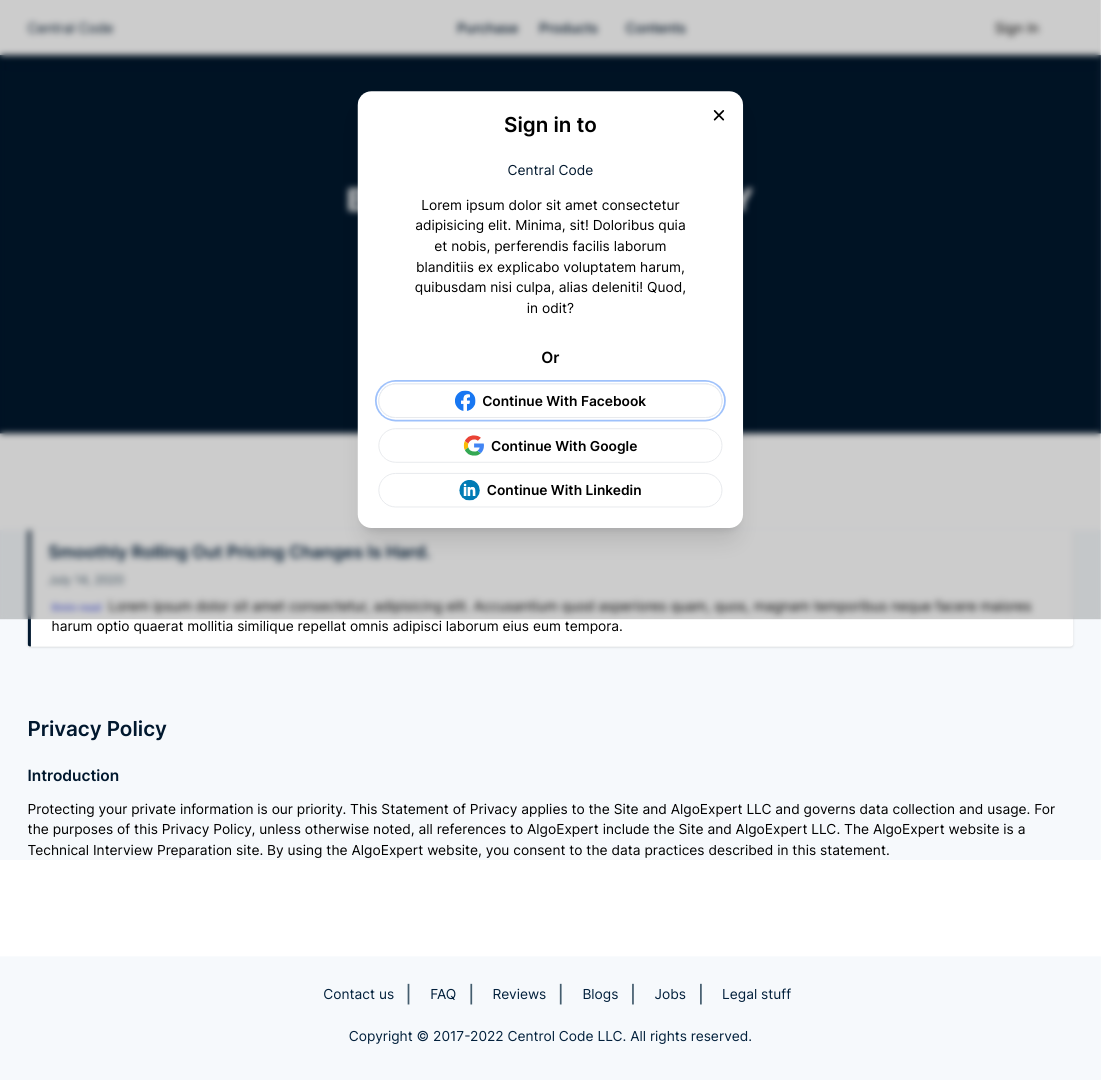
Repository: om1ars/Xjkey
Page: /privacy
The author's editor kept a copy of each file at every save. The page is drawn from the files as they stood at one save, then again after the next save.
The browser window is 1280 px wide. The pictures show the whole page, at 86% of full size.
The project was rebuilt for these pictures with package versions that can differ from the ones it lists, and the page was loaded fresh each time. The framework's server and built-in components were replaced by stand-ins that run in the browser. Also part of the build but not shown: next.config.js.

Above is the page before, as saved 2022-03-20 23:36:37.

### src/pages/_app.tsx
import "@/css/fonts.css";
// Import Swiper styles
import "swiper/css";
import "swiper/css/free-mode";
import "swiper/css/scrollbar";
import "swiper/css/navigation";
//
import "@/css/main.scss";
import type { AppProps } from "next/app";
import { ThemeProvider } from "next-themes";
import { Header } from "@/components/Header";
import DefaultLayout from "@/layouts/DefaultLayout";
import Head from "next/head";

function MyApp({ Component, pageProps }: AppProps) {
  return (
    <>
      <Head>
        <link
          rel="stylesheet"
          href="https://cdn.jsdelivr.net/gh/devicons/devicon@latest/devicon.min.css"
        />
      </Head>
      <ThemeProvider attribute="class" defaultTheme="system">
        <DefaultLayout>
          <Component {...pageProps} />
        </DefaultLayout>
      </ThemeProvider>
    </>
  );
}

export default MyApp;

### src/pages/_document.tsx
import NextDocument, {
  Html,
  Head,
  Main,
  NextScript,
  DocumentContext,
} from 'next/document';

export default class Document extends NextDocument {
  static async getInitialProps(ctx: DocumentContext) {
    const initialProps = await NextDocument.getInitialProps(ctx);
    return { ...initialProps };
  }

  render() {
    return (
      <Html lang='en' className='dark'>
        <Head>
          <link href='/favicons/site.webmanifest' rel='manifest' />
          <link href='/favicons/favicon.ico' rel='shortcut icon' />
          <link
            href='/favicons/apple-touch-icon.png'
            rel='apple-touch-icon'
            sizes='180x180'
          />
          <link
            href='/favicons/favicon-32x32.png'
            rel='icon'
            sizes='32x32'
            type='image/png'
          />
          <link
            href='/favicons/favicon-16x16.png'
            rel='icon'
            sizes='16x16'
            type='image/png'
          />
          <link
            rel='mask-icon'
            href='/favicons/safari-pinned-tab.svg'
            color='#6366f1'
          />
          <meta content='#ffffff' name='theme-color' />
          <meta content='#ffffff' name='msapplication-TileColor' />
          <meta
            content='/favicons/browserconfig.xml'
            name='msapplication-config'
          />
        </Head>
        <body className='dark:highlight-white/5 bg-neutral-100 text-slate-900 antialiased dark:bg-gray-800 dark:text-white'>
          <Main />
          <NextScript />
        </body>
      </Html>
    );
  }
}

### src/pages/privacy.tsx
import Hero from "@/components/HomeComponents/Hero";
import React from "react";

export default function Privacy() {
  return (
    <div>
      <Hero title="Boring Privacy Policy" subtitle="Because we gotta have it" />

      <main
        className="mx-auto max-w-screen-xl bg-whiteBg px-6 sm:px-8 "
        id="video-explanation"
      >
        <div className="mt-28 mb-28 space-y-20">
          <div className="rounded border-l-4 border-mainBg bg-white py-3 px-5 shadow transition-all hover:-translate-y-1 hover:shadow-lg">
            <div className="flex flex-row items-center justify-between">
              <div>
                <h6 className="text-xl font-semibold  text-textBold">
                  Smoothly Rolling Out Pricing Changes Is Hard.
                </h6>
                <h4 className="mt-2 mb-2  text-left text-sm text-textColor">
                  July 14, 2020
                </h4>
              </div>
              <div></div>
            </div>
            <div className="flex flex-row items-center justify-start text-left">
              <span className="mr-1"></span>
              <p>
                <span className="mr-2 text-xs  font-semibold  text-buttonBg">
                  6min read
                </span>
                <span>
                  Lorem ipsum dolor sit amet consectetur, adipisicing elit.
                  Accusantium quod asperiores quam, quos, magnam temporibus
                  neque facere maiores harum optio quaerat mollitia similique
                  repellat omnis adipisci laborum eius eum tempora.{" "}
                </span>
              </p>
            </div>
          </div>

          <div className="mt-4">
            <h1 className="text-2xl  font-semibold text-mainBg ">
              Privacy Policy
            </h1>
            <div className="mt-6">
              <span className="mt-4  text-lg font-semibold text-mainBg">
                Introduction
              </span>
              <p className="text mt-3">
                Protecting your private information is our priority. This
                Statement of Privacy applies to the Site and AlgoExpert LLC and
                governs data collection and usage. For the purposes of this
                Privacy Policy, unless otherwise noted, all references to
                AlgoExpert include the Site and AlgoExpert LLC. The AlgoExpert
                website is a Technical Interview Preparation site. By using the
                AlgoExpert website, you consent to the data practices described
                in this statement.
              </p>
            </div>
          </div>
        </div>
      </main>
    </div>
  );
}

### src/css/fonts.css
@font-face {
  font-family: "Inter var";
  font-weight: 100 900;
  font-display: swap;
  font-style: normal;
  font-named-instance: "Regular";
  src: url("../fonts/Inter-roman-latin.var.woff2") format("woff2");
}

@font-face {
  font-family: "Inter var";
  font-weight: 100 900;
  font-display: swap;
  font-style: italic;
  font-named-instance: "Italic";
  src: url("../fonts/Inter-italic-latin.var.woff2") format("woff2");
}

### src/css/main.scss
@tailwind base;
@tailwind components;
@tailwind utilities;
@import "./flip-card.scss";
@import "node_modules/react-modal-video/scss/modal-video.scss";

@layer base {
  .dark {
    color-scheme: dark;
  }
}

/* styling Swiper default navigations elements */
.swiper-button-next {
  background-color: theme("colors.white");
  height: 40px;
  width: 40px;
  border-radius: 100px;
  box-shadow: theme("boxShadow.lg");
  transition: all;
  transition-duration: 150ms;
}

html.dark .swiper-button-next {
  background-color: theme("colors.mainBg");
}

.swiper-button-next:hover {
  background-color: theme("colors.mainBg");
}

html.dark .swiper-button-next:hover {
  background-color: theme("colors.mainBg");
}

.swiper-button-next::after {
  color: black;
  font-size: 1rem;
  font-weight: bold;
}
html.dark .swiper-button-next::after {
  color: theme("colors.white");
}

.swiper-button-prev {
  background-color: theme("colors.white");
  height: 40px;
  width: 40px;
  border-radius: 100px;
  box-shadow: theme("boxShadow.lg");
  transition: all;
  transition-duration: 150ms;
}

html.dark .swiper-button-prev {
  background-color: theme("colors.mainBg");
}

.swiper-button-prev:hover {
  background-color: theme("colors.mainBg");
}

html.dark .swiper-button-prev:hover {
  background-color: theme("colors.mainBg");
}

.swiper-button-prev::after {
  color: black;
  font-size: 1rem;
  font-weight: bold;
}
html.dark .swiper-button-prev::after {
  color: theme("colors.white");
}

html.dark .swiper-scrollbar {
  background: rgb(255, 255, 255, 0.2);
}
html.dark .swiper-scrollbar-drag {
  background: rgb(255, 255, 255, 0.6);
}
/* end of styling Swiper default navigations elements */

.front_main_drop:hover .front_sub_drop {
  display: block;
}
.back_main_drop:hover .back_sub_drop {
  display: block;
}

::-webkit-scrollbar {
  width: 4px;
}

/* Handle */
::-webkit-scrollbar-thumb {
  background: #626ee3;
  border-radius: 6px;
}

/* Handle on hover */
::-webkit-scrollbar-thumb:hover {
  background: #535DC5;
}

### src/layouts/DefaultLayout.tsx
import Footer from "@/components/Footer";
import { Header } from "@/components/Header";
import React, { FC } from "react";

export default function DefaultLayout({ children }: any) {
  return (
    <div>
      <Header />
      <main>{children}</main>
      <Footer />
    </div>
  );
}

### src/components/HomeComponents/Hero.tsx
import React, { useEffect, useState } from "react";
import Image from "next/image";
import { Transition } from "@headlessui/react";
import { Button, IconButton } from "../Button";

const Hero = ({ title, subtitle }: any) => {
  const [showBanner, setShowBanner] = useState(true);
  return (
    <>
      <div className="relative h-[640px] w-full bg-mainBg text-white sm:h-[55vh] md:h-[440px]">
        {/* <Image
          src="/img/corporate.jpg"
          alt="corporate"
          layout="fill"
          objectFit="cover"
        /> */}
        <div className="absolute inset-0 bg-neutral-900/70">
          <div className="mx-auto max-w-screen-lg">
            <div className="m-6 min-h-[60px]">

            </div>
            <div className="mx-4  mt-16 flex flex-col items-center text-center">
              <h1 className="text-xl font-extrabold uppercase tracking-wide text-white sm:text-4xl md:text-3xl lg:text-4xl">
                {title}
              </h1>
              <span className="mt-6 text-xl text-white sm:text-2xl">
                {subtitle}
              </span>

              <div className="mt-8">
                {/* <SearchForm /> */}
              </div>
            </div>
          </div>
        </div>
      </div>
      {/* <HeroBottomCard /> */}
    </>
  );
};

export default Hero;

const HeroInnerBanner: React.FC<{ show: boolean; onClose: () => void }> = ({
  show,
  onClose,
}) => {
  return (
    <Transition
      show={show}
      enter="transition-opacity duration-75"
      enterFrom="opacity-0"
      enterTo="opacity-100"
      leave="transition-opacity duration-150"
      leaveFrom="opacity-100"
      leaveTo="opacity-0"
    >
      <div className="relative rounded bg-gradient-to-r from-purple-500 to-indigo-800 py-3 px-8 text-center text-white shadow-lg md:rounded-full">
        <p>
          Welcome to <span className="font-bold">HIREDLi</span>. An easier and
          faster job discovery platform.
        </p>
        <span className="absolute top-1 right-1 sm:top-2 sm:right-2">
          <IconButton
            aria-label="close banner"
            variant="ghost"
            size="sm"
            onClick={onClose}
          >
            <svg
              className="h-6 w-6"
              fill="none"
              viewBox="0 0 24 24"
              stroke="currentColor"
            >
              <path
                strokeLinecap="round"
                strokeLinejoin="round"
                strokeWidth={2}
                d="M6 18L18 6M6 6l12 12"
              />
            </svg>
          </IconButton>
        </span>
      </div>
    </Transition>
  );
};

const items = [
  "Algorithms adn DSA",
  "Advanced React.js",
  "Interview questions",
];

const SearchForm = () => {
  const [query, setQuery] = useState("");
  const [isDirty, setIsDirty] = useState(false);

  useEffect(() => {
    let index = 0;
    let interval = setInterval(() => {
      if (!isDirty) {
        let value = items[index >= items.length ? (index = 0) : index];
        setQuery(value);
      }
      index++;
    }, 2000);

    return () => {
      clearInterval(interval);
    };
  }, [isDirty]);

  return (
    <form
      className="group"
      onSubmit={(e) => {
        e.preventDefault();
      }}
    >
      <div
        id="form-control"
        className="flex items-center overflow-hidden rounded-full bg-white shadow-md group-focus-within:ring-2 group-focus-within:ring-indigo-400 group-focus-within:ring-offset-2 group-focus-within:ring-offset-transparent"
      >
        <span className="pointer-events-none block px-2 text-textBold group-focus-within:text-textBold">
          <svg
            className="h-6 w-6"
            fill="none"
            viewBox="0 0 24 24"
            stroke="currentColor"
          >
            <path
              strokeLinecap="round"
              strokeLinejoin="round"
              strokeWidth={2}
              d="M21 21l-6-6m2-5a7 7 0 11-14 0 7 7 0 0114 0z"
            />
          </svg>
        </span>
        <input
          className="w-full outline-none border-none appearance-none border-transparent p-2 text-xl leading-6 text-textBold placeholder-textBold focus:border-transparent focus:ring-0"
          type="text"
          aria-label="Search input"
          placeholder="Search for anything"
          onClick={() => {
            if (!isDirty) {
              setIsDirty(true);
              setQuery("");
            }
          }}
          value={query}
          onChange={(e) => setQuery(e.target.value)}
        />
        <button
          type="submit"
          className="hidden h-11 shrink-0  bg-buttonBg px-2 font-semibold text-white transition-colors duration-500 ease-in-out hover:bg-buttonHover sm:block"
        >
          Discover Now
        </button>
      </div>
      <Button size="lg" type="submit" className="mt-8 sm:hidden">
        Discover Now
      </Button>
    </form>
  );
};

### src/css/flip-card.scss
.algo_flip_card_container {
  width: 100%;
  padding: 40px;
  height: 100%;
  background: #02203c;
  //   display: flex;
  justify-content: center;
  align-items: center;
}
.services-box {
  display: flex;
  justify-content: center;
  align-items: center;
  flex-wrap: wrap;
}

.service {
  margin: 8px;
}

.flip-box {
  background-color: transparent;
  width: 300px;
  height: 200px;
  //   border: 1px solid #15314b;
  border-radius: 10px;
  perspective: 1000px;
}

.flip-box-inner {
  position: relative;
  width: 100%;
  height: 100%;
  text-align: center;
  transition: transform 0.4s;
  transform-style: preserve-3d;

  display: flex;
  justify-content: center;
  align-items: center;
}

.flip-box:hover .flip-box-inner {
  transform: rotateY(180deg);
}

.flip-box-front,
.flip-box-back {
  position: absolute;
  width: 100%;
  height: 100%;
  -webkit-backface-visibility: hidden;
  backface-visibility: hidden;

  display: flex;
  justify-content: center;
  align-items: center;
  flex-direction: column;
}

.flip-box-front {
  background-color: #15314b;
  color: white;
  border-radius: 4px;
}


.flip-box-front img {
  height: 50px;
  width: 50px;
}

.flip-box-back {
  background-color: #15314b;
  color: white;
  transform: rotateY(180deg);
  border-radius: 4px;
  padding: 16px;
}

### src/components/Footer.tsx
import Link from "next/link";
import React from "react";

export default function Footer() {
  return (
    <div>
      <div className="mt-10 flex flex-col items-center justify-center bg-whiteBg pl-48 pr-48 pt-8 pb-10 text-textBold">
        <div className="sm:flex sm:flex-wrap md:flex md:flex-wrap lg:flex ">
          <div className="ml-4 flex ">
            <span className="mr-2 ml-2">
              <Link href="/help">Contact us</Link>
            </span>
            <div className=" ml-2 w-0.5 bg-textColor"></div>
          </div>
          <div className="ml-4 flex ">
            <span className="mr-2 ml-2">
              <Link href="/help">FAQ</Link>
            </span>
            <div className=" ml-2 w-0.5 bg-textColor"></div>
          </div>
          <div className="ml-4 flex ">
            <span className="mr-2 ml-2">Reviews</span>
            <div className=" ml-2 w-0.5 bg-textColor"></div>
          </div>
          <div className="ml-4 flex ">
            <span className="mr-2 ml-2">
              <Link href="/blog">Blogs</Link>
            </span>
            <div className=" ml-2 w-0.5 bg-textColor"></div>
          </div>
          <div className="ml-4 flex ">
            <span className="mr-2 ml-2">Jobs</span>
            <div className=" ml-2 w-0.5 bg-textColor"></div>
          </div>
          <div className="ml-4 flex ">
            <span className="mr-2 ml-2 ">
              <Link href="/privacy">Legal stuff</Link>
            </span>
          </div>
        </div>
        <div className="mt-6">
          <span>
            Copyright © 2017-2022 Centrol Code LLC. All rights reserved.
          </span>
        </div>
      </div>
    </div>
  );
}

### src/components/Button/index.tsx
import React, { forwardRef } from "react";
import { __DEV__ } from "@/utils/assertions";

type BaseButtonProps = Omit<React.HTMLProps<HTMLButtonElement>, "size">;

/* === Button Element === */

export interface ButtonProps extends BaseButtonProps {
  children: React.ReactNode;
  fullWidth?: boolean;
  className?: string;
  variant?: "solid" | "outline" | "ghost";
  size?: "sm" | "md" | "lg";
  as?: string;
  isExternal?: boolean;
  type?: "button" | "submit" | "reset";
}

export const Button = forwardRef<HTMLButtonElement, ButtonProps>(
  (
    {
      children,
      variant = "solid",
      size = "md",
      fullWidth = false,
      className,
      as = "button",
      isExternal = false,
      ...rest
    },
    ref
  ) => {
    let tempClassNames: string[] = [];

    const sharedClasses = [
      "capitalize",
      "focus:outline-none",
      "focus:ring-2",
      "focus:ring-sky-400",
      "focus:ring-offset-2",
      "focus:ring-offset-sky-50",
      "font-semibold",
      "rounded-full",
      "inline-flex",
      "flex-shrink-0",
      "items-center",
      "justify-center",
      "transition-colors",
      "ease-in-out",
      "duration-500",
    ];

    if (fullWidth) sharedClasses.push("w-full");

    // handle variants
    let btnSolid = ["bg-sky-600", "hover:bg-sky-700", "text-white"];
    let btnOutline = [
      "dark:text-white",
      "hover:text-sky-700",
      "hover:dark:text-sky-700",
      "bg-transparent",
      "hover:bg-sky-50",
      "border",
      "border-sky-600",
    ];
    let btnGhost = [
      "bg-transparent",
      "dark:text-white",
      "hover:bg-sky-50",
      "hover:text-sky-700",
      "hover:dark:text-sky-700",
    ];

    if (variant === "solid") {
      tempClassNames = [...sharedClasses, ...btnSolid];
    } else if (variant === "outline") {
      tempClassNames = [...sharedClasses, ...btnOutline];
    } else if (variant === "ghost") {
      tempClassNames = [...sharedClasses, ...btnGhost];
    }

    // handle sizes
    let sizeSm = ["h-8", "px-2", "text-sm"];
    let sizeMd = ["h-10", "px-3"];
    let sizeLg = ["h-12", "px-4", "text-lg"];

    if (size === "sm") {
      tempClassNames = [...tempClassNames, ...sizeSm];
    } else if (size === "md") {
      tempClassNames = [...tempClassNames, ...sizeMd];
    } else if (size === "lg") {
      tempClassNames = [...tempClassNames, ...sizeLg];
    }

    let classes = tempClassNames.join(" ");

    let Element = as ? (
      React.createElement(
        as,
        {
          className: `${classes} ${className}`,
          target: isExternal ? "_blank" : undefined,
          rel: isExternal ? "noopener noreferrer" : undefined,
          ref,
          ...rest,
        },
        children
      )
    ) : (
      <button {...rest} className={`${classes} ${className}`} ref={ref}>
        {children}
      </button>
    );

    return Element;
  }
);

if (__DEV__) {
  Button.displayName = "Button";
}

/* === IconButton Element === */

export interface IconButtonProps extends ButtonProps {
  icon?: React.ReactElement;
  "aria-label": string;
}

export const IconButton = forwardRef<HTMLButtonElement, IconButtonProps>(
  (
    {
      children,
      icon,
      className,
      "aria-label": ariaLabel,
      size = "md",
      ...rest
    },
    ref
  ) => {
    let sharedClasses = ["rounded-full", "!px-0"];

    // handle sizes
    let sizeSm = ["w-8"];
    let sizeMd = ["w-10"];
    let sizeLg = ["w-12"];

    if (size === "sm") {
      sharedClasses = [...sharedClasses, ...sizeSm];
    } else if (size === "md") {
      sharedClasses = [...sharedClasses, ...sizeMd];
    } else if (size === "lg") {
      sharedClasses = [...sharedClasses, ...sizeLg];
    }

    /**
     * Passing the icon as prop or children should work
     */
    const element = icon || children;
    const _children = React.isValidElement(element)
      ? React.cloneElement(element as any, {
          "aria-hidden": true,
          focusable: false,
        })
      : null;

    let classes = sharedClasses.join(" ");
    return (
      <Button
      className={`${classes} ${className}`}
        aria-label={ariaLabel}
        size={size}
        {...rest}
        ref={ref}
      >
        {_children}
      </Button>
    );
  }
);

if (__DEV__) {
  IconButton.displayName = "IconButton";
}

### src/components/Logo.tsx
import clsx from "clsx";
import React from "react";

export default function Logo() {
  return (
    <span
      className='text-mainBg'
    >
      Central Code
    </span>
  );
}

### src/utils/assertions.ts
export const __DEV__ = process.env.NODE_ENV !== "production";

Loaded but not shown: tailwind.config.js (40 lines, source omitted); src/components/Header.tsx (386 lines, source omitted); src/components/HomeComponents/AuthenticationDialog.tsx (206 lines, source omitted); src/components/ThemeToggle.tsx (220 lines, source omitted)

After the next save:
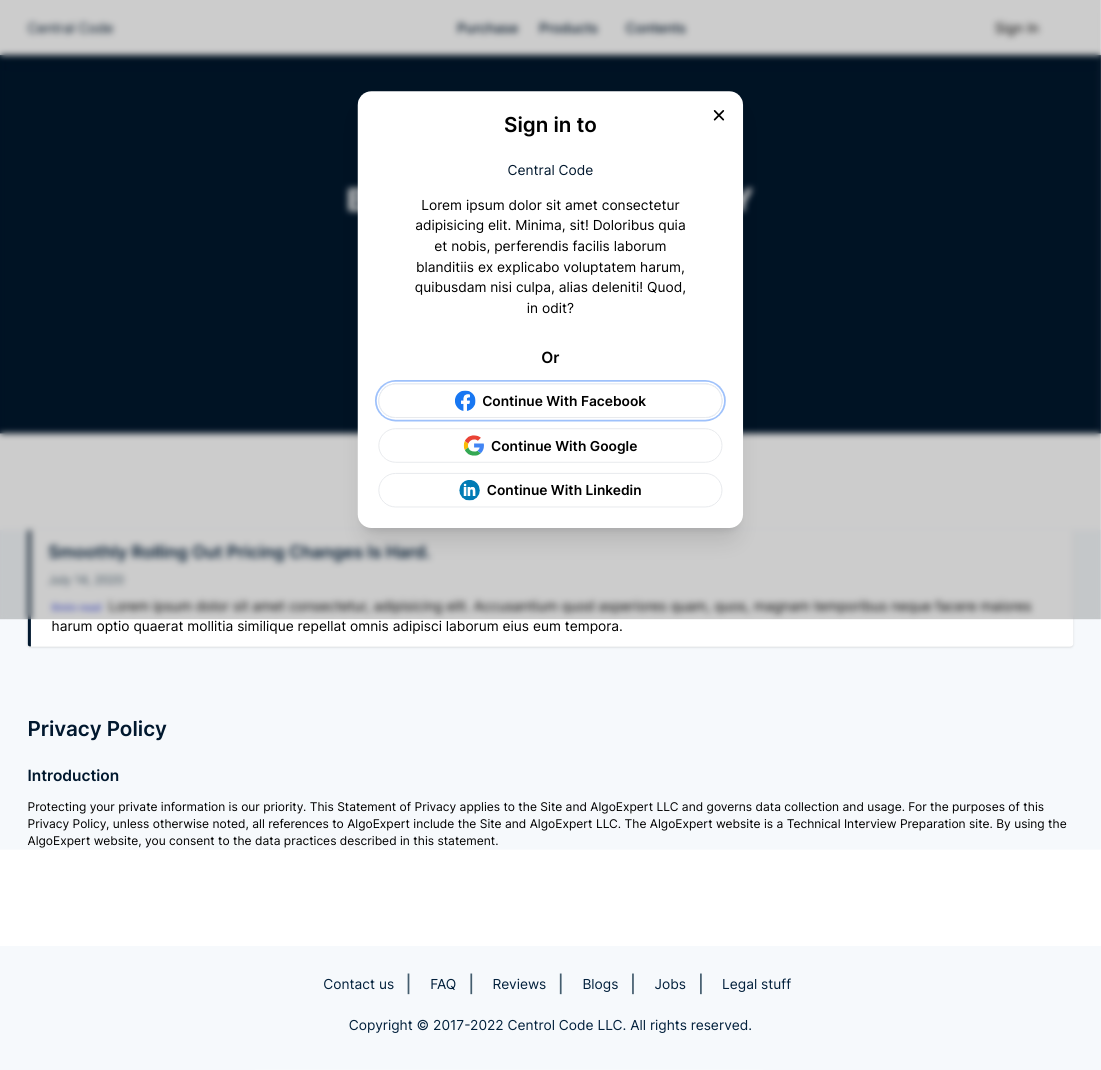
Saved 12 s later.
--- a/src/pages/privacy.tsx
+++ b/src/pages/privacy.tsx
@@ -47,7 +47,7 @@
               <span className="mt-4  text-lg font-semibold text-mainBg">
                 Introduction
               </span>
-              <p className="text mt-3">
+              <p className="text mt-3 text-sm">
                 Protecting your private information is our priority. This
                 Statement of Privacy applies to the Site and AlgoExpert LLC and
                 governs data collection and usage. For the purposes of this
